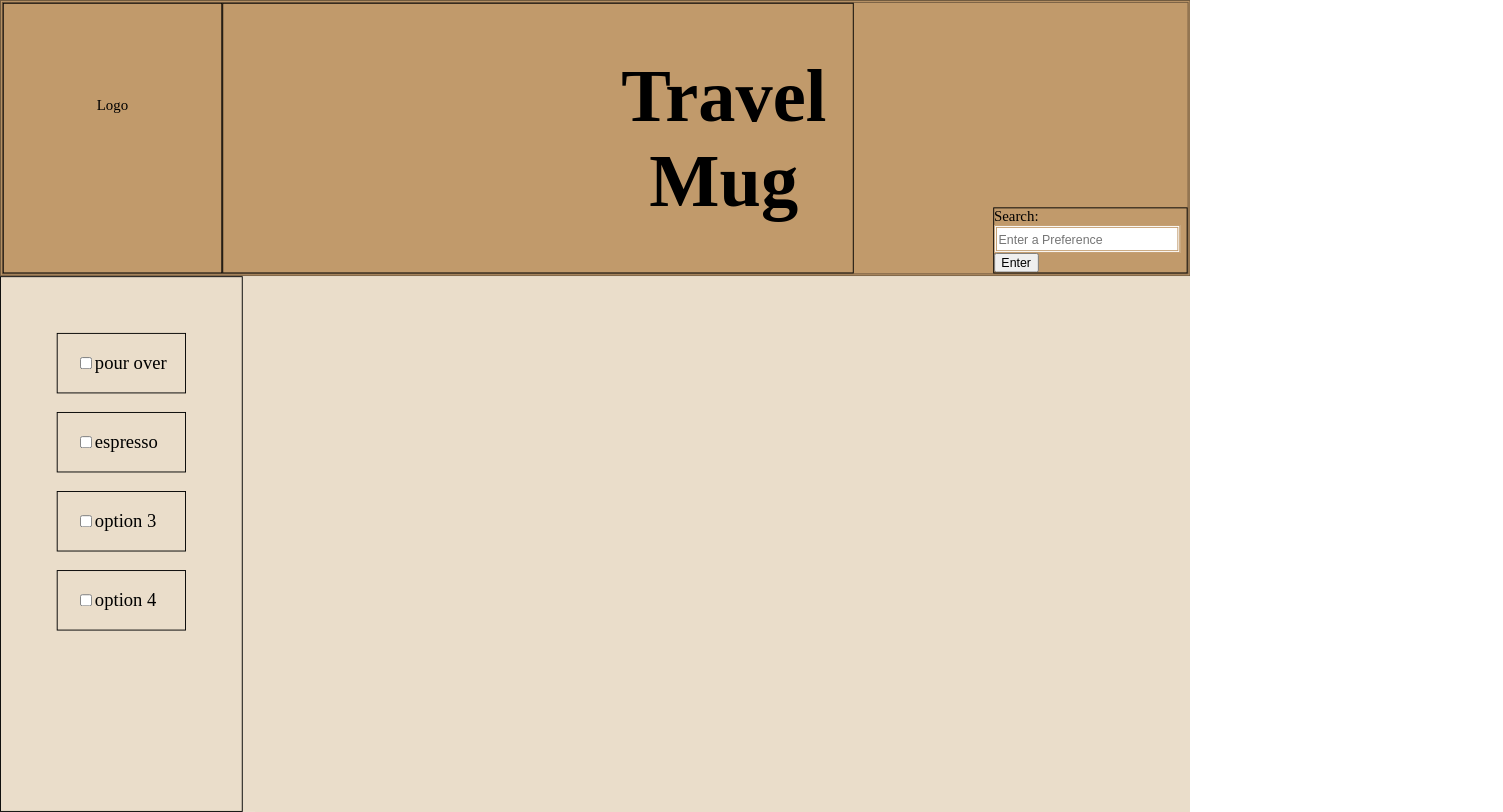
Repository: joshliu14/Travel-Mug
Page: /
An editor plug-in stored every save of this project. The page is shown before and after the next save, followed by the edit.
The browser window is 1280 px wide. The page is 1280 px wide, then 1616 px, so the pictures cover 1616 px, including what lies to the right of the window. The pictures show the whole page, at 93% of full size.
The project was rebuilt for these pictures with package versions that can differ from the ones it lists, and the page was loaded fresh each time.

Above is the page before, as saved 2024-01-03 02:31:30.

After the next save:
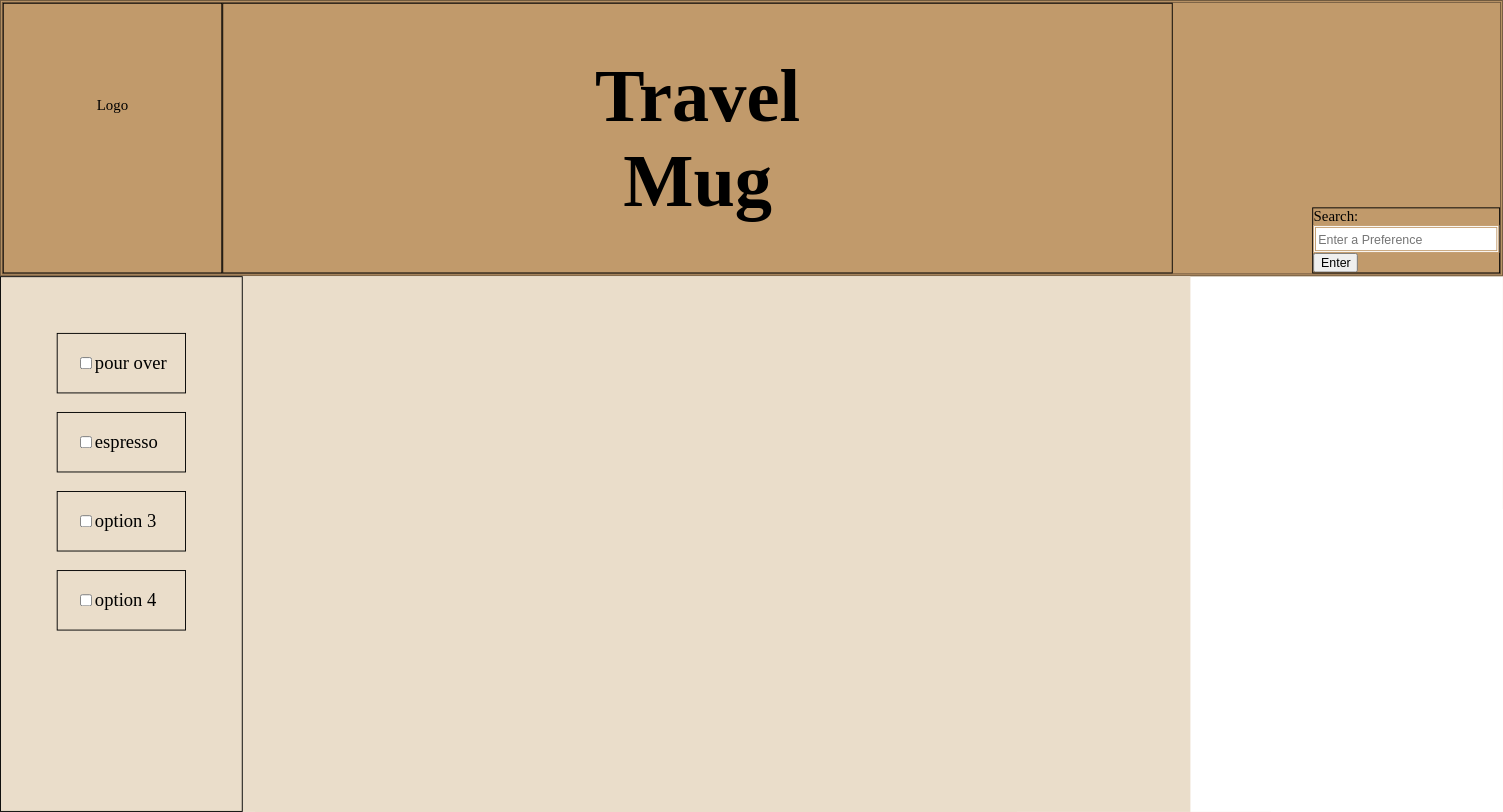
Saved 17 s later.
--- a/src/Home.css
+++ b/src/Home.css
@@ -17,6 +17,7 @@
   text-align: center;
   font-size: 40px;
   padding-left: 400px;
+  padding-right: 400px;
   border: 1px solid black;
 }
 
